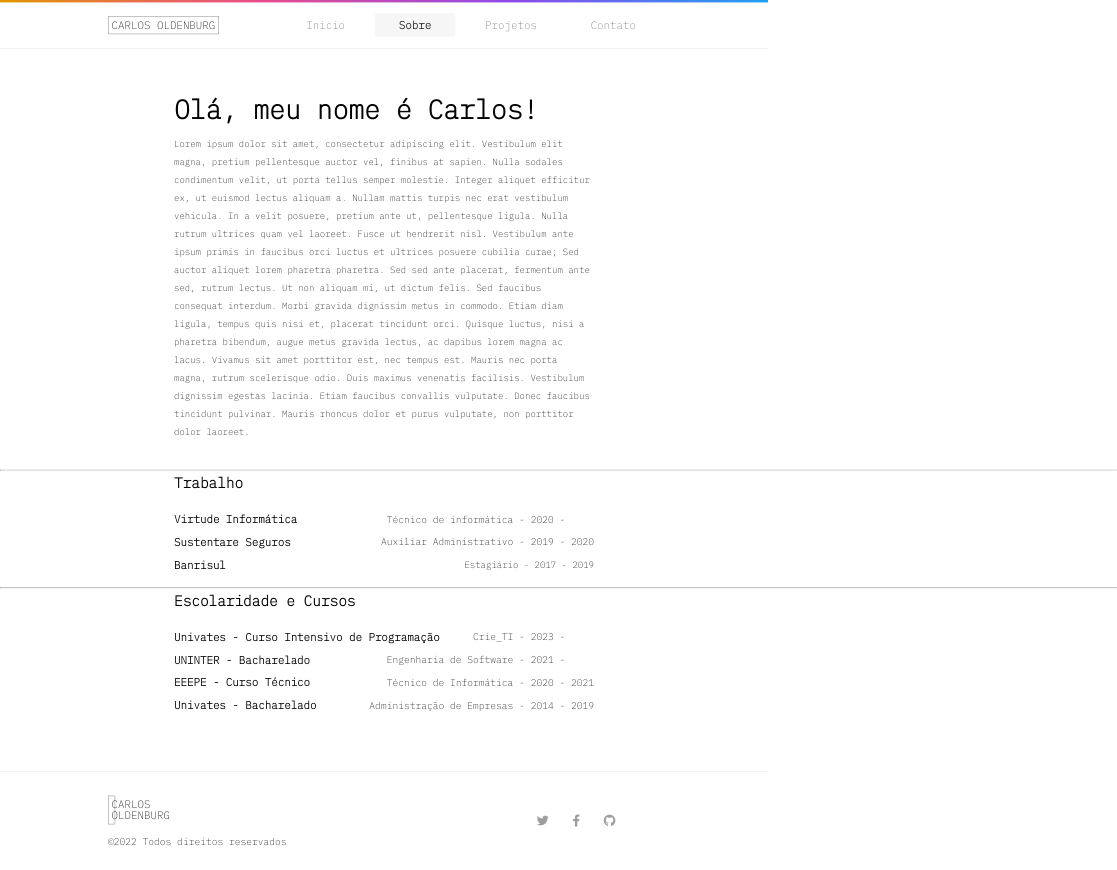
Repository: Carolden/PortfolioCrie
Page: sobre.html
An editor plug-in stored every save of this project. The page is shown before and after the next save, followed by the edit.
The browser window is 1280 px wide. The page is 1862 px wide, then 1380 px, so the pictures cover 1862 px, including what lies to the right of the window. The pictures show the whole page, at 60% of full size.

Above is the page before, as saved 2023-05-25 12:54:57.

### sobre.html
<!DOCTYPE html>
<html lang="pt-BR">
<head>
    <meta charset="UTF-8">
    <meta http-equiv="X-UA-Compatible" content="IE=edge">
    <meta name="viewport" content="width=device-width, initial-scale=1.0">
    <title>Carlos Eduardo Oldenburg</title>

    <link rel="stylesheet" href="styles/base/reset.css">
    <link rel="stylesheet" href="styles/base/body.css">
    <link rel="stylesheet" href="styles/components/contact.css">
    <link rel="stylesheet" href="styles/layout/container.css">
    <link rel="stylesheet" href="styles/components/divisor.css">
    <link rel="stylesheet" href="styles/layout/footer.css">
    <link rel="stylesheet" href="styles/layout/header.css">
    <link rel="stylesheet" href="styles/layout/index__section.css">
    <link rel="stylesheet" href="styles/components/about__text.css">
    <link rel="stylesheet" href="styles/components/header__a.css">
    <link rel="stylesheet" href="styles/components/header__nav.css">
    <link rel="stylesheet" href="styles/components/hr.css">
    <link rel="stylesheet" href="styles/components/img__container.css">
    <link rel="stylesheet" href="styles/components/img__projeto.css">
    <link rel="stylesheet" href="styles/components/name__box.css">
    <link rel="stylesheet" href="styles/components/project__a.css">
    <link rel="stylesheet" href="styles/components/project__container.css">
    <link rel="stylesheet" href="styles/components/project__index.css">
    <link rel="stylesheet" href="styles/components/section__contact.css">
    <link rel="stylesheet" href="styles/components/section__image.css">
    <link rel="stylesheet" href="styles/components/section__p.css">
    <link rel="stylesheet" href="styles/components/section__title.css">
    <link rel="stylesheet" href="styles/components/work.css">
    <link rel="stylesheet" href="sobre.html">

    <link rel="preconnect" href="https://fonts.googleapis.com">
    <link rel="preconnect" href="https://fonts.gstatic.com" crossorigin>
    <link href="https://fonts.googleapis.com/css2?family=IBM+Plex+Mono:wght@200&family=Open+Sans:wght@800&display=swap" rel="stylesheet">
    <link rel="stylesheet" href="https://cdnjs.cloudflare.com/ajax/libs/font-awesome/6.4.0/css/all.min.css">

</head>
<body>

    <header class="header">

        <div class="name__container">
            <h2 class="name__box">CARLOS OLDENBURG</h2>
        </div>

        <nav class="header__nav">
            <a href="index.html" class="header__a">Inicio</a>
            <a href="sobre.html" class="header__a active"> Sobre</a>
            <a href="projetos.html" class="header__a">Projetos</a>
            <a href="contact.html" class="header__a">Contato</a>
        </nav>

    </header>

    <section>

        <div class="about__text">

        <h1 class="section__title section--align">Olá, meu nome é Carlos!</h1>
        <p class="section__p about--p">Lorem ipsum dolor sit amet, consectetur adipiscing elit. Vestibulum elit magna, pretium pellentesque auctor vel, finibus at sapien. Nulla sodales condimentum velit, ut porta tellus semper molestie. Integer aliquet efficitur ex, ut euismod lectus aliquam a. Nullam mattis turpis nec erat vestibulum vehicula.

            In a velit posuere, pretium ante ut, pellentesque ligula. Nulla rutrum ultrices quam vel laoreet. Fusce ut hendrerit nisl. Vestibulum ante ipsum primis in faucibus orci luctus et ultrices posuere cubilia curae; Sed auctor aliquet lorem pharetra pharetra. Sed sed ante placerat, fermentum ante sed, rutrum lectus. Ut non aliquam mi, ut dictum felis.

            Sed faucibus consequat interdum. Morbi gravida dignissim metus in commodo. Etiam diam ligula, tempus quis nisi et, placerat tincidunt orci. Quisque luctus, nisi a pharetra bibendum, augue metus gravida lectus, ac dapibus lorem magna ac lacus. Vivamus sit amet porttitor est, nec tempus est.

            Mauris nec porta magna, rutrum scelerisque odio. Duis maximus venenatis facilisis. Vestibulum dignissim egestas lacinia. Etiam faucibus convallis vulputate. Donec faucibus tincidunt pulvinar. Mauris rhoncus dolor et purus vulputate, non porttitor dolor laoreet.</p>

        </div>

    </section>

    <hr class="hr">

    <section class="work">

        <h2 class="work__title">Trabalho</h2>

        <div class="work__container">
            <h3 class="work__subtitle">Virtude Informática</h3>
            <p>Técnico de informática   -   2020 -&emsp;&emsp;&emsp;</p>
        </div>

        <div class="work__container">
            <h3 class="work__subtitle">Sustentare Seguros</h3>
            <p>Auxiliar Administrativo   -   2019 - 2020</p>
        </div>

        <div class="work__container">
            <h3 class="work__subtitle">Banrisul</h3>
            <p class="work__p">Estagiário   -   2017 - 2019</p>
        </div>

    </section>

    <hr class="hr">

    <section class="work">

        <h2 class="work__title">Escolaridade e Cursos</h2>

        <div class="work__container">
            <h3 class="work__subtitle">Univates - Curso Intensivo de Programação</h3>
            <p>Crie_TI   -   2023 -&emsp;&emsp;&emsp;</p>
        </div>

        <div class="work__container">
            <h3 class="work__subtitle">UNINTER - Bacharelado</h3>
            <p>Engenharia de Software   -   2021 -&emsp;&emsp;&emsp;</p>
        </div>

        <div class="work__container">
            <h3 class="work__subtitle">EEEPE - Curso Técnico</h3>
            <p>Técnico de Informática   -   2020 - 2021</p>
        </div>

        <div class="work__container">
            <h3 class="work__subtitle">Univates - Bacharelado</h3>
            <p>Administração de Empresas   -   2014 - 2019</p>
        </div>

    </section>

    <footer class="footer">

        <div class="name__container footer__column">

            <h2 class="name__box name--footer">CARLOS OLDENBURG</h2>
            <p class="footer__p">©2022 Todos direitos reservados</p>

        </div>

        <div class="footer__column footer__icons">

            <i class="fa-brands fa-twitter contact__icon"></i>
            <i class="fa-brands fa-facebook-f contact__icon"></i>
            <i class="fa-brands fa-github contact__icon"></i>

        </div>

    </footer>

</body>
</html>

### styles/base/body.css
body {
    font-family: 'IBM Plex Mono', monospace;
    overflow-y: scroll;
}

### styles/components/contact.css
.contact {
    padding: 20px 0 20px 0;
    text-decoration: underline 3px #D9D9D9;
    line-height: 30px;
}

### styles/layout/container.css
.container {
    padding: 0 290px 0 290px;
}

### styles/components/divisor.css
.img__divisor {
    padding: 0 290px 0 290px;
    color: #EAEAEA;
    width: 100%;

}

.div__divisor {
    display: flex;
}

.index--divisor {
    margin: 80px 0 80px 0;
}

### styles/layout/footer.css
.footer {
    display: flex;
    box-sizing: border-box;
    align-items: center;
    border-top: 1px solid #EAEAEA;
    margin-top: 80px;
    align-items: center;
}

.name--footer {
    margin: 40px 550px 20px 180px;
}

footer p {
    margin: 0 0 40px 180px;
}

.footer__column {
    width: 50%;
}

.footer__icons {
    text-align: center;
}

### styles/layout/header.css
.header {
    display: flex;
    justify-content: space-between;
    height: 80px;
    width: 100%;
    left: 0px;
    top: 4px;
    border-radius: 0px;
    box-sizing: border-box;
    /* position: absolute; */
    align-items: center;
    border-top: 4px;
    border-image: linear-gradient(to right, #E39600, #EA4C89, #8F48EB, #1DA1F2) 1;
    border-style: solid;
}

### styles/layout/index__section.css
.index__section {
    display: flex;
    flex-direction: column;
    align-items: center;
    border-top: 1px solid #EAEAEA;
    padding: 80px 0 50px 0;
}

### styles/components/about__text.css
.about__text {
    /* display: flex; */
    padding: 80px 290px 0 290px;
    align-items: left;
    flex-direction: column;
    border-top: 1px solid #EAEAEA;
}

### styles/components/header__a.css
.header__a {
    padding: 40px;
    text-decoration: none;
    color: #6C6C6C;
    font-size: 18px;
}

.active {
    color: #242424;
    font-weight: 600;
    background: #F6F6F6;
    border-radius: 4px;
    padding-top: 8px;
    padding-bottom: 8px;
}

### styles/components/header__nav.css
.header__nav {
    margin-right: 180px;
}

### styles/components/hr.css
.hr {
    padding: 0 290px 0 290px;
    color: #EAEAEA;
    width: 100%;

}

### styles/components/img__container.css
.img__container {
    display: flex;
    justify-content: center;
    align-items: center;
}

### styles/components/img__projeto.css
.img__projeto {
    width: 1000px;
    height: 500px;
    align-items: center;
    margin-bottom: 40px;
}

.img--cover {
    object-fit: cover;
}

### styles/components/name__box.css
.name__box {
    border: 1px solid #9D9D9D;
    padding: 5px;
    margin-left: 180px;
    font-size: 18px;
}

### styles/components/project__a.css
.project__a {
    text-decoration: none;
    color: inherit;
}

### styles/components/project__container.css
.project__container {
    display: flex;
    flex-direction: column;
    padding-bottom: 80px;
}

.project__container:last-child {
    padding-bottom: 40px;
}

### styles/components/project__index.css
.project__h2 {
    padding-bottom: 80px;
    font-size: 24px;
    font-weight: 600;
}

.project__index {
    border: 1px solid #EAEAEA;
    margin: 0 290px 20px 290px;
    display: flex;
    background-color: #FAFAFA;
}

.project__icon {
    font-size: 80px;
    padding: 40px 20px 40px 40px;
    color: #E39600;
}

.project__h3 {
    font-size: 18px;
    font-weight: 600;
    padding: 40px 0 20px 20px;
    line-height: 30px;
}

.project__p {
    padding: 0 40px 40px 20px;
    line-height: 30px;
}

.icon--color--pink {
    color: #EA4C89;
}

### styles/components/section__contact.css
.section__contact {
    display: flex;
    margin: 0 280px 0 280px;
    align-items: center;
}

.contact__icon {
    padding: 15px;
    font-size: 20px;
    color: #9D9D9D;
}

.contact__button {
    text-decoration: none;
    padding-left: 15px;
    color: #363636;
    font-weight: 600;
    font-size: 15px;
    border: 1px solid #EAEAEA;
    border-radius: 20px;
    background: #FAFAFA;
    padding: 10px 15px;
    margin-left: 15px;
}

### styles/components/section__image.css
.section__image {
    width: 800px;
    height: 800px;
    padding: 40px 0 55px 0;

}

### styles/components/section__p.css
.section__p {
    font-size: 15px;
    font-weight: 400;
    line-height: 30px;
    letter-spacing: 0em;
    text-align: left;
    margin: 0 280px 0 280px;
    line-height: 30px;
}

.about--p {
    margin: 0;
    padding-bottom: 40px;
}

### styles/components/section__title.css
.section__title {
    font-size: 44px;
    font-weight: 600;
}

.section--align {
    text-align: left;
    padding-bottom: 20px;
}

### styles/components/work.css
.work__title {
    font-size: 24px;
    font-weight: 600;
    padding-bottom: 40px;
}

.work__container {
    display: flex;
    justify-content: space-between;
    padding-bottom: 20px;
}

.work {
    margin-left: 290px;
    margin-right: 290px;
}

.work__subtitle {
    font-size: 18px;
    font-weight: 600;
}

.work__p {
    font-size: 15px;
    font-weight: 400;
}

Loaded but not shown: styles/base/reset.css (common file)

After the next save:
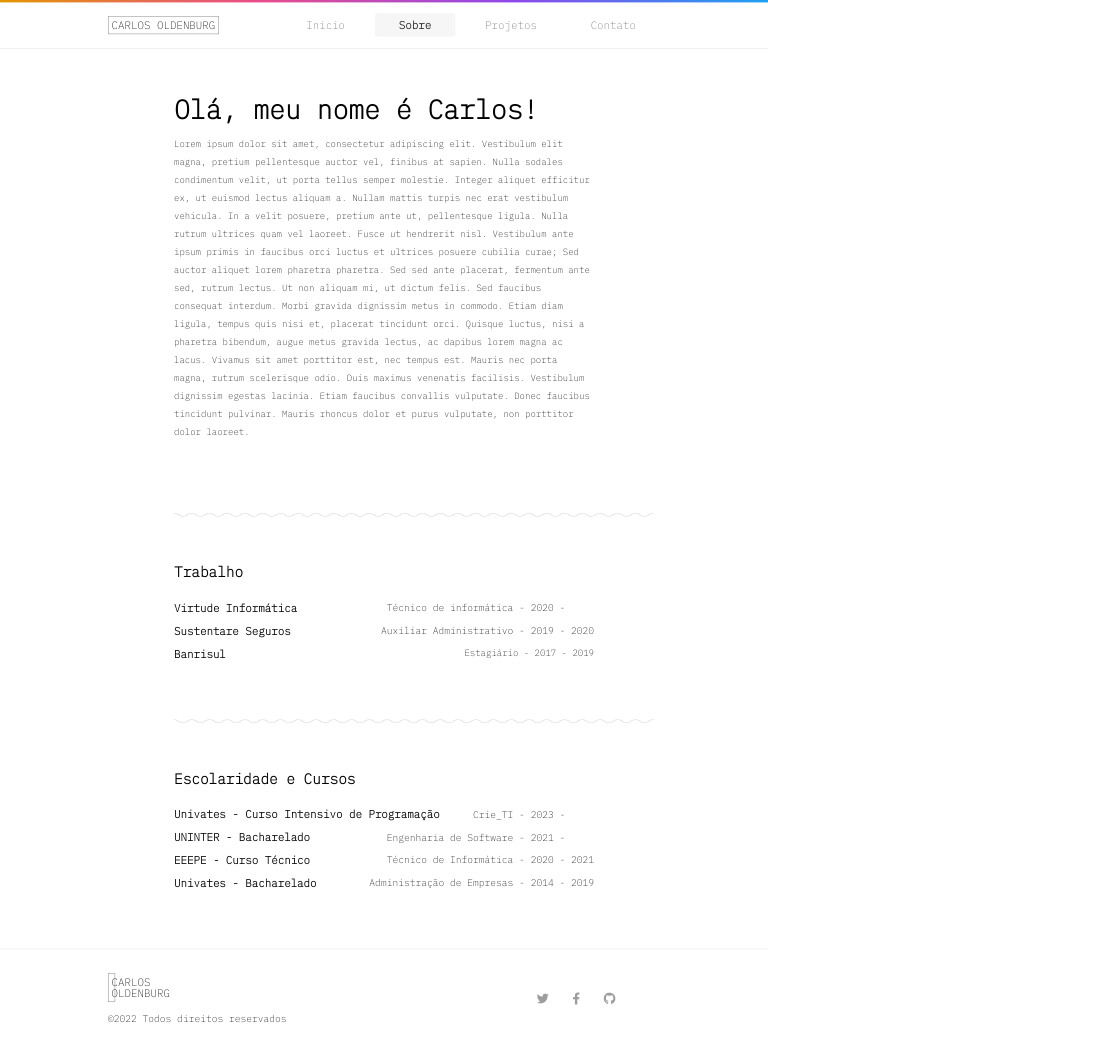
Saved 95 s later.
--- a/sobre.html
+++ b/sobre.html
@@ -71,7 +71,11 @@
 
     </section>
 
-    <hr class="hr">
+    <div class="div__divisor index--divisor">
+
+        <img src="images/Divisor.png" alt="" class="img__divisor">
+
+    </div>
 
     <section class="work">
 
@@ -94,7 +98,11 @@
 
     </section>
 
-    <hr class="hr">
+    <div class="div__divisor index--divisor">
+
+        <img src="images/Divisor.png" alt="" class="img__divisor">
+
+    </div>
 
     <section class="work">
 
